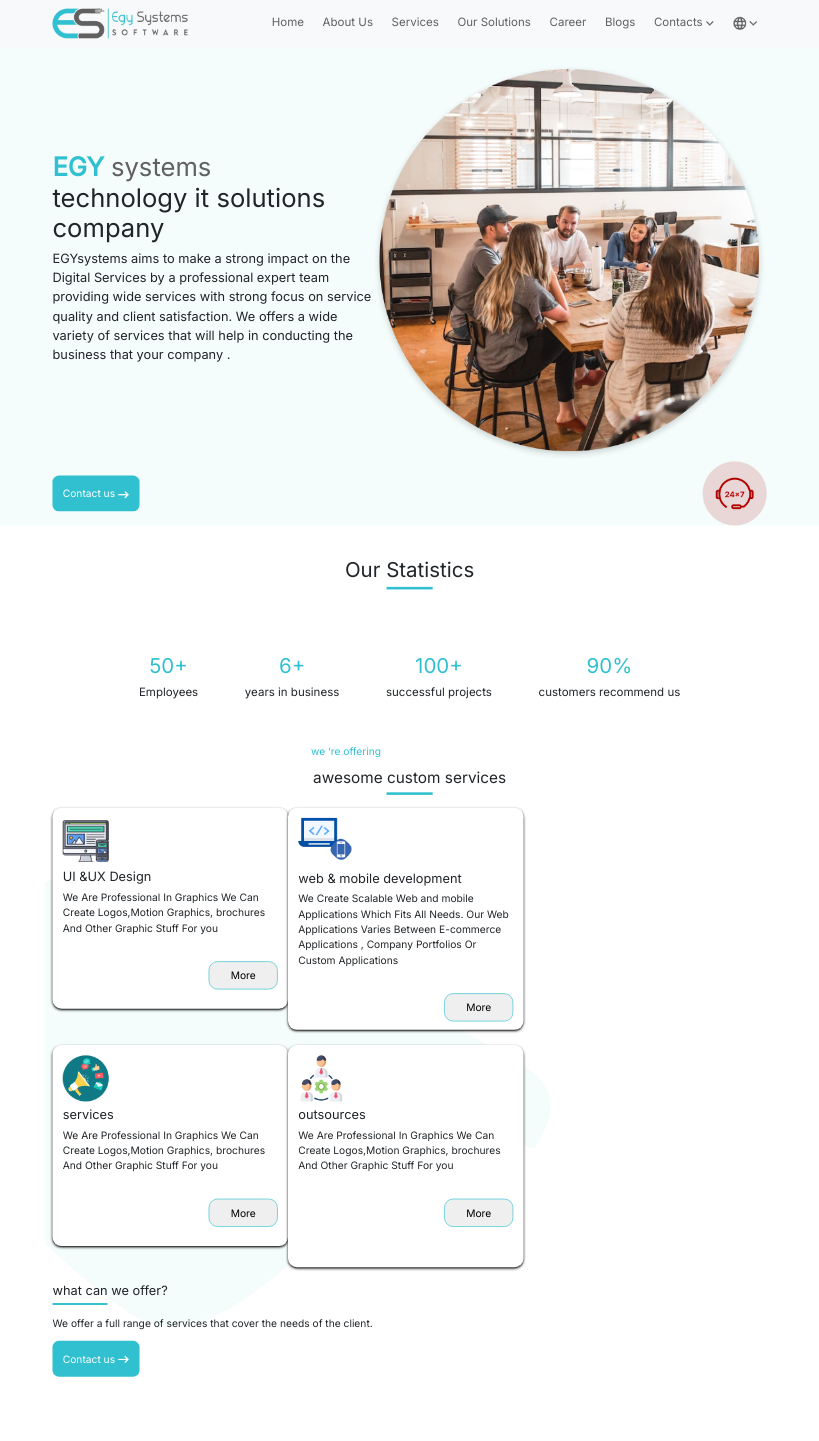
Repository: hamdyAbdelazeim/Egysystem-Home
Page: index.html
An editor plug-in stored every save of this project. The page is shown before and after a run of saves, followed by the edit.
The browser window is 1280 px wide. The pictures show the whole page, at 64% of full size.

Above is the page before, as saved 2023-07-13 10:42:17.

### index.html
<!DOCTYPE html>
<html lang="en">
  <head>
    <meta charset="UTF-8" />
    <meta name="viewport" content="width=device-width, initial-scale=1.0" />
    <title>Egy Systems</title>
    <!-- google fonts  -->
    <link rel="preconnect" href="https://fonts.googleapis.com" />
    <link rel="preconnect" href="https://fonts.gstatic.com" crossorigin />
    <link
      href="https://fonts.googleapis.com/css2?family=Inter&display=swap"
      rel="stylesheet"
    />
    <!-- bootstrap -->
    <link rel="stylesheet" href="/css/bootstrap.min.css" />
    <!-- css file  -->
    <link rel="stylesheet" href="/css/style.css" />
    <link rel="stylesheet" href="/css/responsive.css" />
  </head>
  <body>
    <!-- starting  Navbar  -->
    <nav class="navbar-cust navbar navbar-expand-lg bg-light fixed-top">
      <div class="container">
        <a href="#" class="navbar-brand"
          ><img src="/assets/logo 1.png" class="logo-img" alt="logo "
        /></a>

        <button
          class="navbar-toggler"
          type="button"
          data-bs-toggle="collapse"
          data-bs-target="#navmenu"
          style="border: none; box-shadow: none"
        >
          <span class="navbar-toggler-icon"
            ><img
              width="45"
              style="padding: 0.5rem"
              src="https://upload.wikimedia.org/wikipedia/commons/thumb/b/b2/Hamburger_icon.svg/120px-Hamburger_icon.svg.png"
              alt=""
          /></span>
        </button>

        <div class="collapse navbar-collapse" id="navmenu">
          <ul class="navbar-nav cust-ul">
            <li class="nav-item">
              <a href="#Home" class="nav-link cust-link">Home</a>
            </li>
            <li class="nav-item">
              <a href="#About" class="nav-link cust-link">About Us</a>
            </li>
            <li class="nav-item">
              <a href="#Services" class="nav-link cust-link">Services</a>
            </li>
            <li class="nav-item">
              <a href="#Solutions" class="nav-link cust-link">Our Solutions </a>
            </li>
            <li class="nav-item">
              <a href="#Career" class="nav-link cust-link">Career</a>
            </li>
            <li class="nav-item">
              <a href="#Blogs" class="nav-link cust-link">Blogs</a>
            </li>
            <li class="nav-item">
              <a href="" class="nav-link cust-link"
                >Contacts <img src="/assets/Vector.png" alt="vector"
              /></a>
            </li>
            <li class="nav-item">
              <a href="" class="nav-link language-icon"
                ><img src="/assets/language.png" alt="language" />
                <img src="/assets/Vector.png" alt=""
              /></a>
            </li>
          </ul>
        </div>
      </div>
    </nav>
    <!-- Ending Navbar  -->
    <!-- Home section  -->
    <div class="Home" id="Home">
      <div
        class="container Home-up d-flex justify-content-center align-items-center"
      >
        <div class="Home-left">
          <h1>
            <strong class="Egy">EGY</strong>
            <span class="system">systems</span> <br />technology it solutions<br />
            company
          </h1>
          <p>
            EGYsystems aims to make a strong impact on the Digital Services by a
            professional expert team providing wide services with strong focus
            on service quality and client satisfaction. We offers a wide variety
            of services that will help in conducting the business that your
            company .
          </p>
        </div>
        <img src="/assets/Ellipse 34.png" alt="" />
      </div>
      <div class="container d-flex justify-content-between align-items-center">
        <button class="contactUs-btn">
          Contact us <img src="/assets/Vector (right).png" alt="" />
        </button>
        <!-- <div>
          <img src="/assets/slider-left.png" alt="" /> 1/4
          <img src="/assets/slider-right.png" alt="" />
        </div> -->
        <img src="/assets//chat.png" alt="chat" />
      </div>
    </div>
    <!-- Ending Home  section  -->
    <!-- our statistics Section  -->
    <section class="our-statistics container w-100">
      <div class="statistics-up text-center">
        <h2>Our Statistics</h2>
        <p></p>
      </div>
      <div
        class="statistics-down d-flex align-items-center justify-content-between"
      >
        <div class="text-center">
          <h4>50+</h4>
          <p>Employees</p>
        </div>
        <div class="text-center">
          <h4>6+</h4>
          <p>years in business</p>
        </div>
        <div class="text-center">
          <h4>100+</h4>
          <p>successful projects</p>
        </div>
        <div class="text-center">
          <h4>90%</h4>
          <p>customers recommend us</p>
        </div>
      </div>
    </section>
    <!-- Ending our statistics  -->
    <!--  services   -->

    <!--  Ending services   -->
    <section class="services" id="services">
      <div class="service-up container">
        <p class="p-up">we ‘re offering</p>
        <h4 class="text-center">awesome custom services</h4>
        <p class="border-cust"></p>
      </div>
      <div class="service-down container">
        <div class="service-down-left">
          <div class="service-item">
            <img src="/assets/service-item-1.png" alt="service-item-1" />
            <h5 class="mt-2">UI &UX Design</h5>
            <p>
              We Are Professional In Graphics We Can Create Logos,Motion
              Graphics, brochures And Other Graphic Stuff For you
            </p>
            <button>More</button>
          </div>
          <div class="service-item service-item-cust">
            <img src="/assets/service-item-2.png" alt="service-item-1" />
            <h5 class="mt-2">web & mobile development</h5>
            <p>
              We Create Scalable Web and mobile Applications Which Fits All
              Needs. Our Web Applications Varies Between E-commerce Applications
              , Company Portfolios Or Custom Applications
            </p>
            <button>More</button>
          </div>
          <div class="service-item">
            <img src="/assets/service-item-3.png" alt="service-item-1" />
            <h5 class="mt-2">services</h5>
            <p>
              We Are Professional In Graphics We Can Create Logos,Motion
              Graphics, brochures And Other Graphic Stuff For you
            </p>
            <button>More</button>
          </div>
          <div class="service-item service-item-cust">
            <img src="/assets/service-item-4.png" alt="service-item-1" />
            <h5 class="mt-2">outsources</h5>
            <p>
              We Are Professional In Graphics We Can Create Logos,Motion
              Graphics, brochures And Other Graphic Stuff For you
            </p>
            <button>More</button>
          </div>
        </div>
        <div class="service-down-right">
          <h5>what can we offer?</h5>
          <p class="border-p"></p>
          <p>
            We offer a full range of services that cover the needs of the
            client.
          </p>
          <button class="contactUs-btn">
            Contact us <img src="/assets/Vector (right).png" alt="" />
          </button>
        </div>
      </div>
    </section>
    <!-- bootstrap js file  -->
    <script src="/js/bootstrap.bundle.min.js"></script>
  </body>
</html>

### css/style.css
/* setting my css roots  */

body {
  font-family: 'Inter', sans-serif;
}

:root {
  --primary: #30c0d0;
  --secondary: #606060;
  --third-party: #131313;
}

/* navbar  */
.cust-ul {
  width: 100%;
  justify-content: space-around;
  margin-left: 100px;
}

.cust-link {
  font-size: 18px;
  font-weight: 500;
  line-height: 22px;
  letter-spacing: 0em;
  text-align: left;
  color: var(--secondary);
  padding-bottom: 0.5rem;
}
.cust-link :hover {
  color: var(--primary) !important;
}
.nav-link:focus,
.nav-link:hover {
  color: var(--primary) !important;
  border-bottom: 2px solid var(--primary) !important;
  font-size: 20px;
}

.cust-link:active {
  color: var(--primary) !important;
  color: var(--primary) !important;
  border-bottom: 2px solid var(--primary) !important;
  font-size: 20px;
}

.language-icon {
  border-bottom: none !important;
  font-size: 12px !important;
}
/* Ending Navbar  */

/* Home Section  */
.Home {
  padding-top: 100px;
  background-color: #f4fcfc;
}

.Egy {
  color: var(--primary);
}
.system {
  color: var(--secondary);
}
.Home-left p {
  font-size: 20px;
}
.contactUs-btn {
  background-color: var(--primary);
  color: white;
  border: none;
  padding: 16px;
  border-radius: 10px;
  -webkit-border-radius: 10px;
  -moz-border-radius: 10px;
  -ms-border-radius: 10px;
  -o-border-radius: 10px;
}

/* Ending Home Section  */

/* our statistics Section  */

.our-statistics {
  width: 100%;
}
.statistics-up,
.statistics-down {
  padding-top: 50px;
  padding-bottom: 50px;
  width: 846px;
  margin: auto;
}
.statistics-up p {
  width: 72px;
  margin: auto;
  border-bottom: 4px solid var(--primary);
}
.statistics-down h4 {
  color: var(--primary);
  font-size: 32px;
}
.statistics-down p {
  font-size: 18px;
}

/* services */
.services {
  width: 100%;
}
.services .service-up {
  width: 332px;
  margin: auto;
  padding-bottom: 20px;
}
.services .service-up .p-up {
  text-align: start;
  font-size: 16px;
  color: var(--primary);
}

.services.service-up h4 {
  color: var(--third-party);
  font-size: 32px;
}
.services .service-up .border-cust {
  width: 72px;
  margin: auto;
  border-bottom: 4px solid var(--primary);
}

.service-down {
  background-image: url('/assets/Ellipse\ 53.png');
  background-repeat: no-repeat;
  margin-bottom: 100px;
}
.service-down .service-down-left {
  width: 65%;
  display: grid;
  grid-template-columns: auto auto;
}
.service-down .service-down-left .service-item {
  width: 368px;
  height: 314px;
  background-color: #ffffff;
  box-shadow: 0px 2px 4px 0px #000000;
  border-radius: 14px;
  -webkit-border-radius: 14px;
  -moz-border-radius: 14px;
  -ms-border-radius: 14px;
  -o-border-radius: 14px;
  padding: 1rem;
  margin-bottom: 1.5rem;
}
.service-down .service-down-left .service-item button {
  width: 108px;
  height: 44px;
  border: 1px solid var(--primary);
  padding: 0px, 16px, 0px, 16px;
  gap: 8px;
  border-radius: 14px;
  -webkit-border-radius: 14px;
  -moz-border-radius: 14px;
  -ms-border-radius: 14px;
  -o-border-radius: 14px;
  float: right;
  margin-top: 1.5rem;
}

.service-item-cust {
  height: 347px !important;
  margin-bottom: 1.5rem !important;
}

.border-p {
  width: 86px;
  border-bottom: 3px solid var(--primary);
}

### css/responsive.css
@media only screen and (max-width: 1025px) {
  .cust-link {
    font-size: 15px !important;
  }
}
@media only screen and (max-width: 1000px) {
  /* navbar */
  .cust-ul {
    margin-left: 0;
  }
  .cust-link {
    font-size: 18px;
  }
  /* HOME section  */
  .Home-up {
    flex-wrap: wrap;
  }

  .Home-up img {
    width: 90%;
  }
  /* Our Statistics */
  .statistics-up,
  .statistics-down {
    width: 100%;
  }
}

@media only screen and (max-width: 600px) {
  /* Our Statistics */
  .statistics-down {
    flex-direction: column;
  }
}

@media only screen and (max-width: 280px) {
  .logo-img {
    width: 160px;
  }
}

Loaded but not shown: css/bootstrap.min.css (library); js/bootstrap.bundle.min.js (library)

After the next 4 saves:
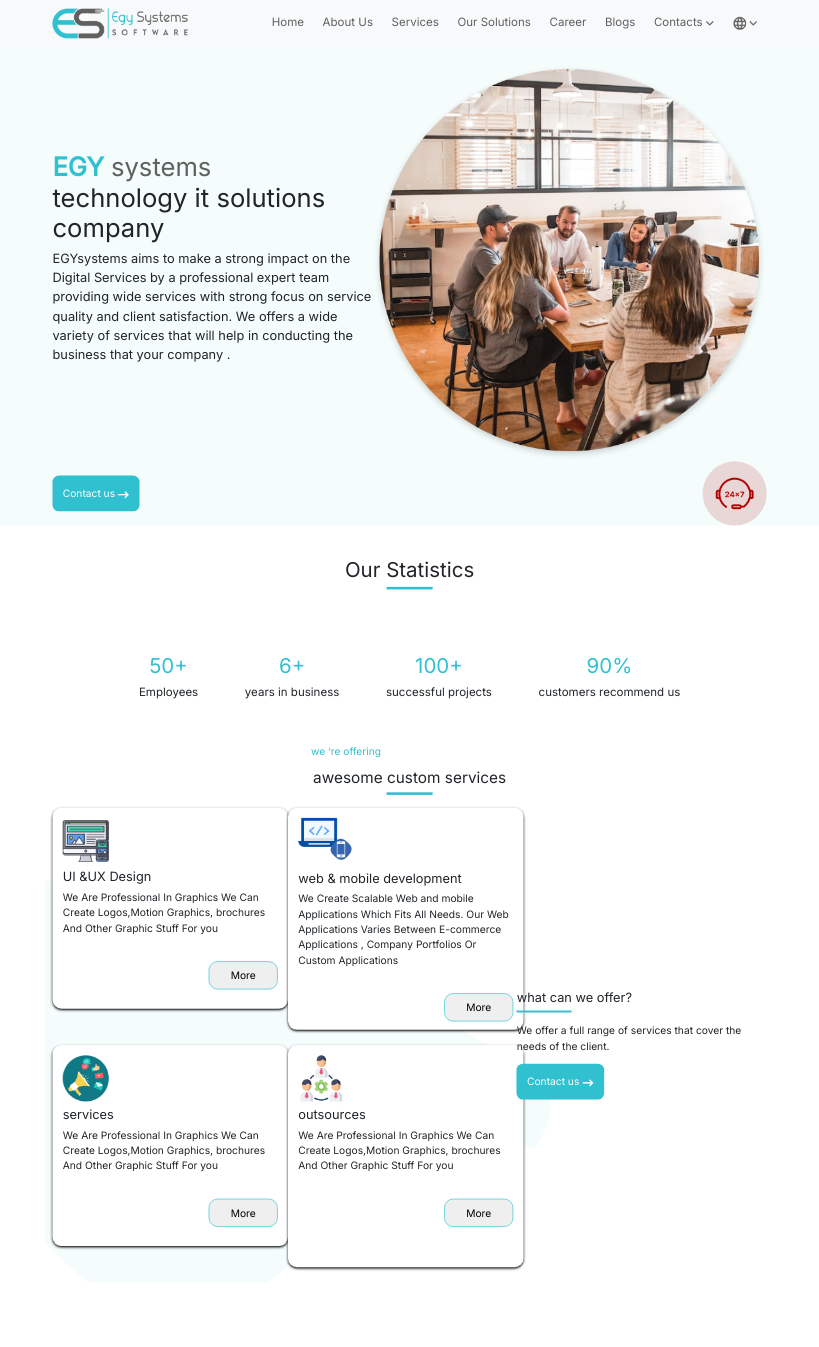
The 4 saves are shown as one change because they came seconds apart.
The last was saved 3 min 14 s later.
--- a/index.html
+++ b/index.html
@@ -147,7 +147,7 @@
         <h4 class="text-center">awesome custom services</h4>
         <p class="border-cust"></p>
       </div>
-      <div class="service-down container">
+      <div class="service-down container d-flex align-items-center">
         <div class="service-down-left">
           <div class="service-item">
             <img src="/assets/service-item-1.png" alt="service-item-1" />
